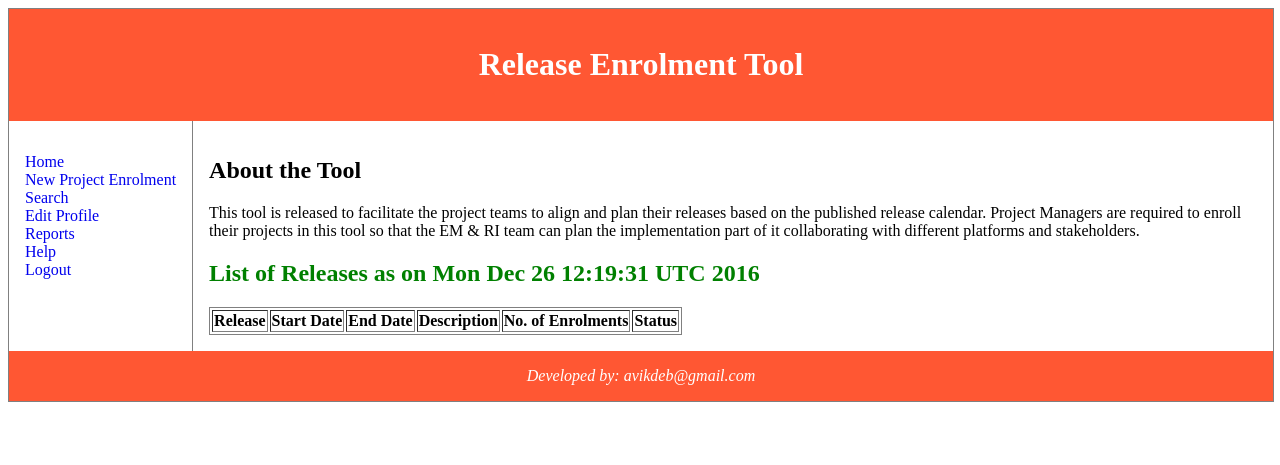
Repository: guribrar/enrolmentapp
Page: http://localhost/enrolmentapp/welcome.jsp
The author's editor kept a copy of each file at every save. The page is drawn from the files as they stood at one save, then again after the next save.
The browser window is 1280 px wide. The pictures show the whole page.
The page is served by Tomcat 9. Queries for data that is not in the repository find no rows.

Above is the page before, as saved 2016-12-31 17:31:58.

After the next save:
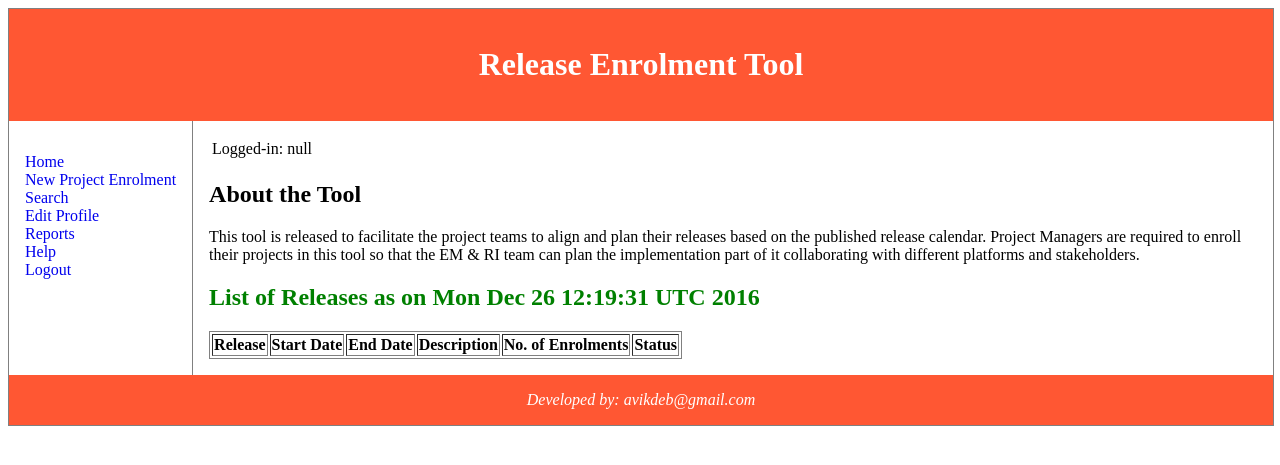
Saved 2 min 35 s later.
--- a/enrolmentapp/WebContent/welcome.jsp
+++ b/enrolmentapp/WebContent/welcome.jsp
@@ -36,6 +36,11 @@
 </nav>
 
 <article>
+  <table>
+  	<tr>
+  		<td>Logged-in: <%=request.getAttribute("username") %></td>
+  	</tr>
+  </table>
   <h1>About the Tool</h1>
   <p>
   This tool is released to facilitate the project teams to align and plan their releases based on the published release calendar.
